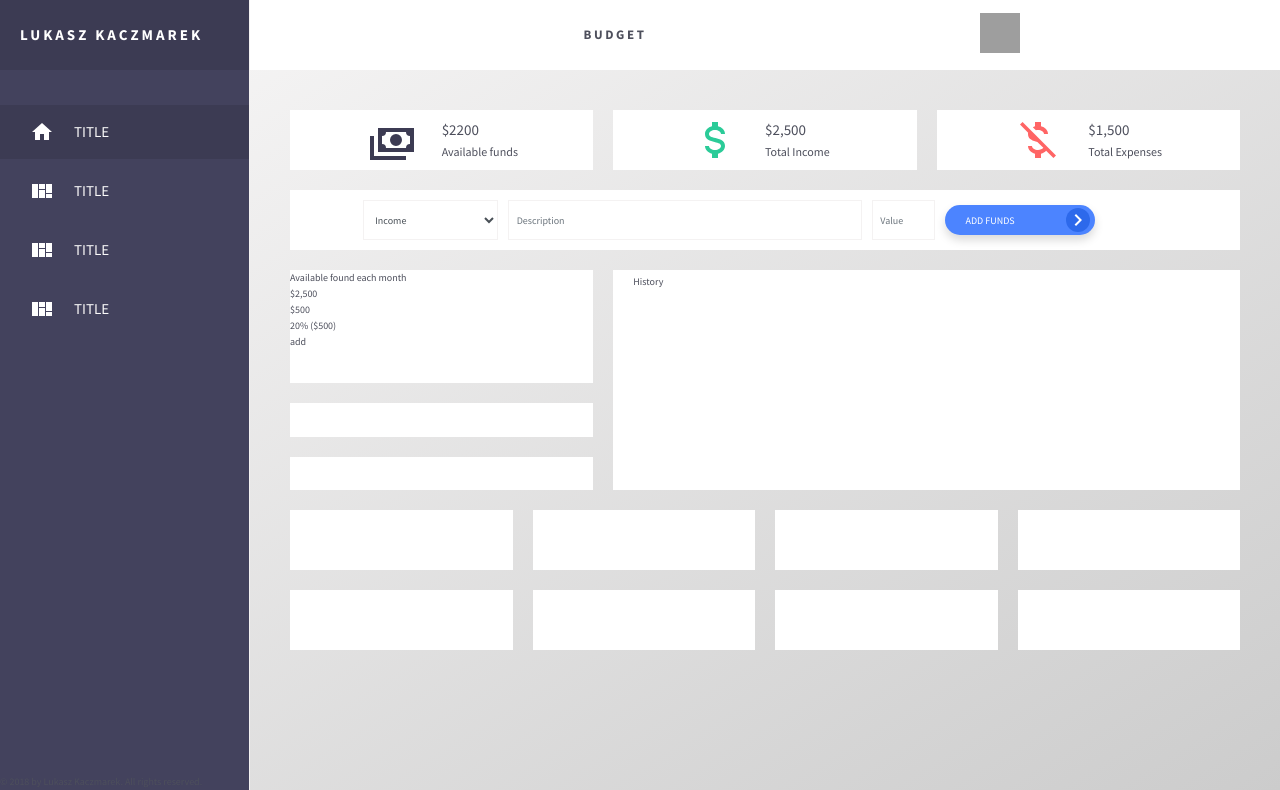
Repository: Archezi/BudgetApplication
Page: index.html
These files come from the project's save history. The page is drawn as it stood at one moment and after the next save; the edit follows.
The browser window is 1280 px wide. The pictures show the whole page.
Pictures or frames that could not be fetched are drawn as grey boxes. The style sheet was rebuilt from its Sass, Less or Tailwind sources for each picture, by a compiler version that may differ from the author's.

Above is the page before, as saved 2018-08-30 08:39:07.
Console error: TypeError: $(...).formSelect is not a function

After the next save:
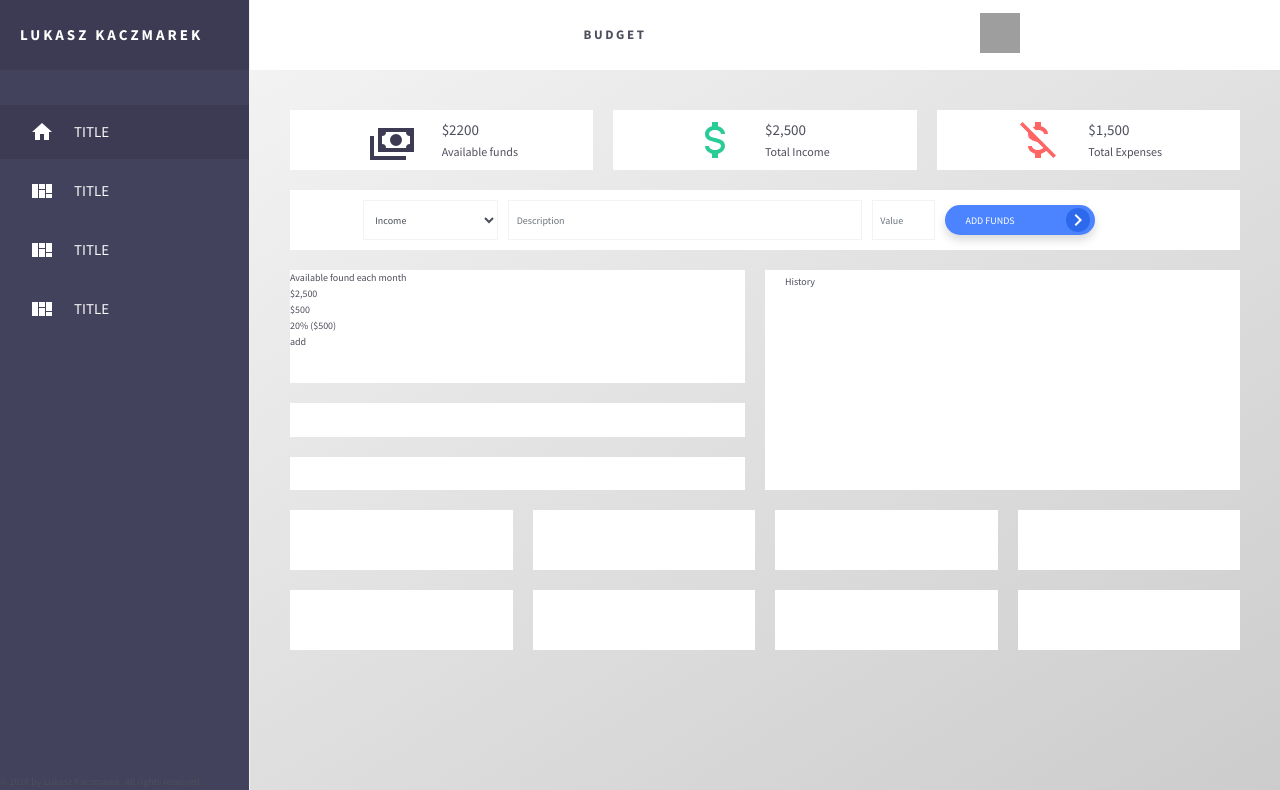
Saved 22 s later.
--- a/sass/components/_layout.scss
+++ b/sass/components/_layout.scss
@@ -190,7 +190,7 @@
     .budget {
         display: grid;
         grid-gap: 2rem;
-        grid-template-columns: repeat(3, 1fr);
+        grid-template-columns: repeat(2, 1fr);
         grid-row: span 3;
         & > * {
             background: var(--color-white);

After the save that followed:
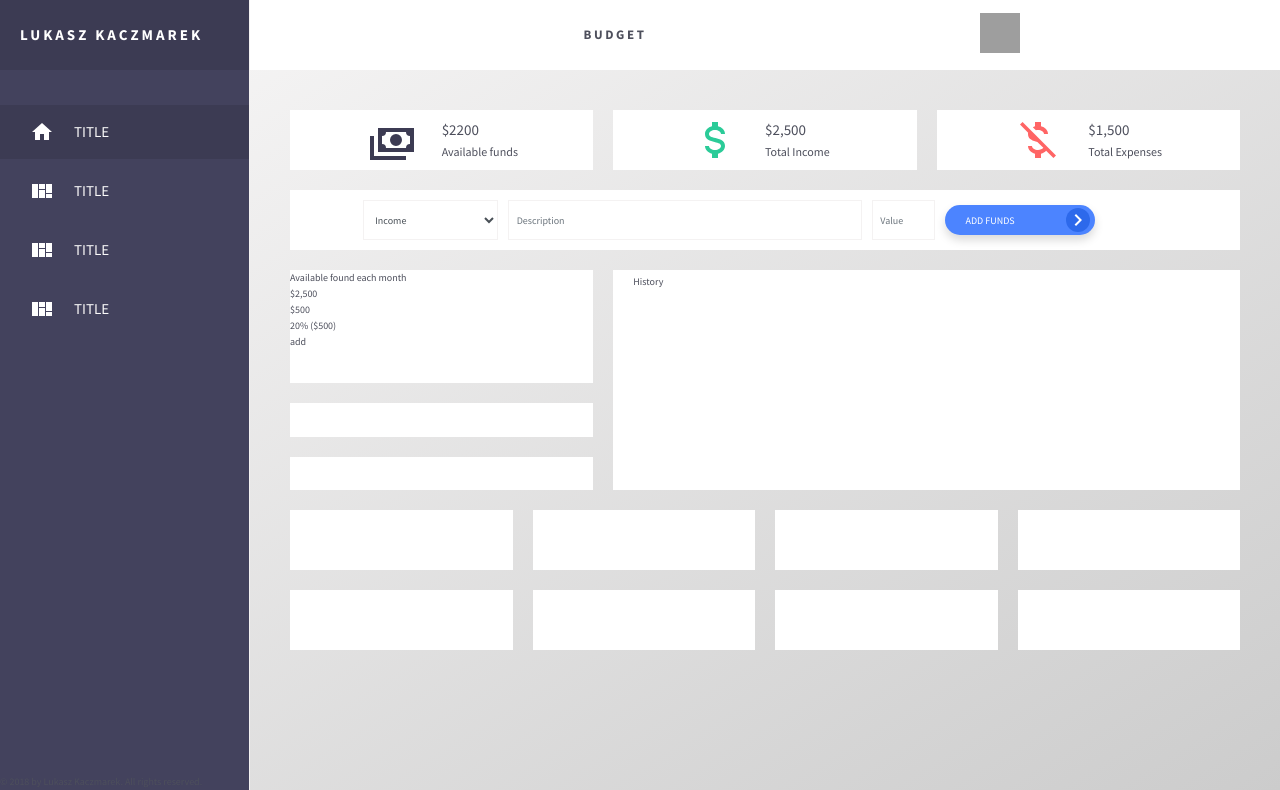
Saved 14 s later.
--- a/sass/components/_layout.scss
+++ b/sass/components/_layout.scss
@@ -190,7 +190,7 @@
     .budget {
         display: grid;
         grid-gap: 2rem;
-        grid-template-columns: repeat(2, 1fr);
+        grid-template-columns: repeat(3, 1fr);
         grid-row: span 3;
         & > * {
             background: var(--color-white);
